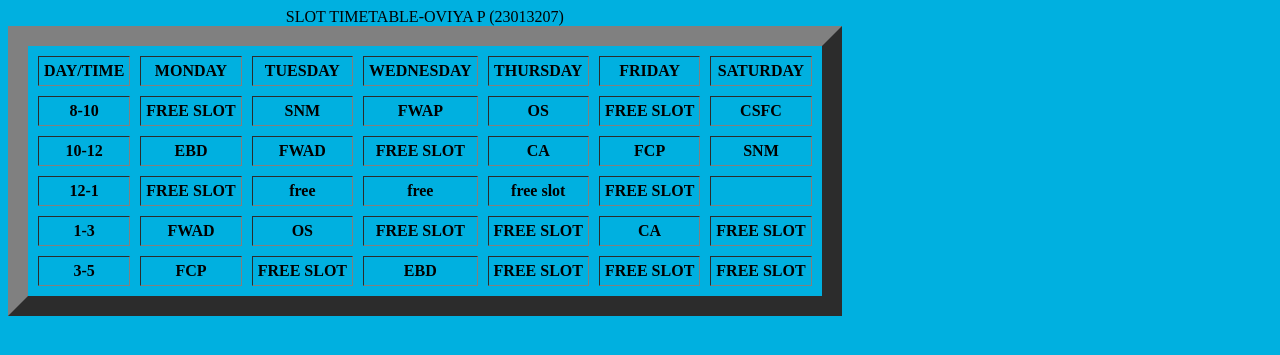
Repository: Oviya24032K6/slot
Page: oviya/static/time.html
An editor plug-in stored every save of this project. The page is shown before and after the next save, followed by the edit.
The browser window is 1280 px wide. The pictures show the whole page.

Above is the page before, as saved 2024-03-13 15:12:46.

After the next save:
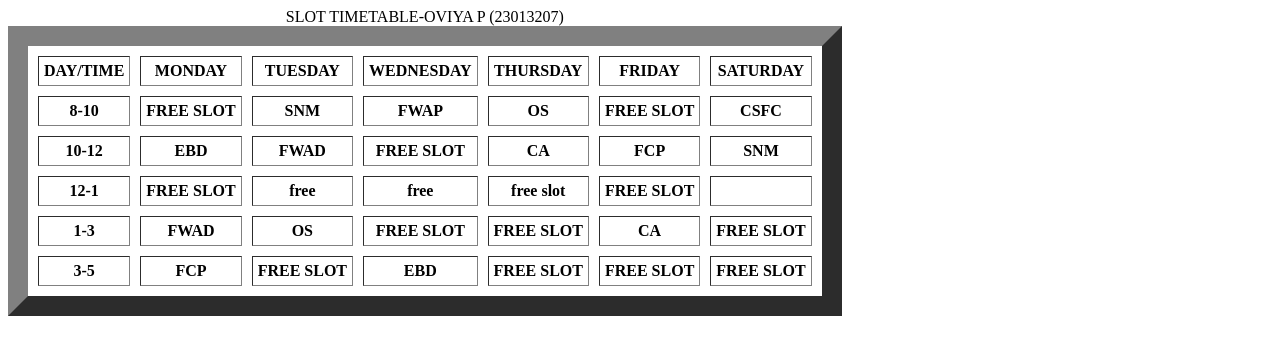
Saved 14 s later.
--- a/oviya/static/time.html
+++ b/oviya/static/time.html
@@ -2,7 +2,7 @@
     <head>
         <title>SLOT TIMETABLE-OVIYA P (23013207)</title>
     </head>
-    <body bgcolor="sky blue" align="center" >
+    <body bgcolor="white" align="center" >
     <table align="left" border="20" cellspacing="10" cellpadding="5">
     <caption>SLOT TIMETABLE-OVIYA P (23013207)</caption>
         <tr>
